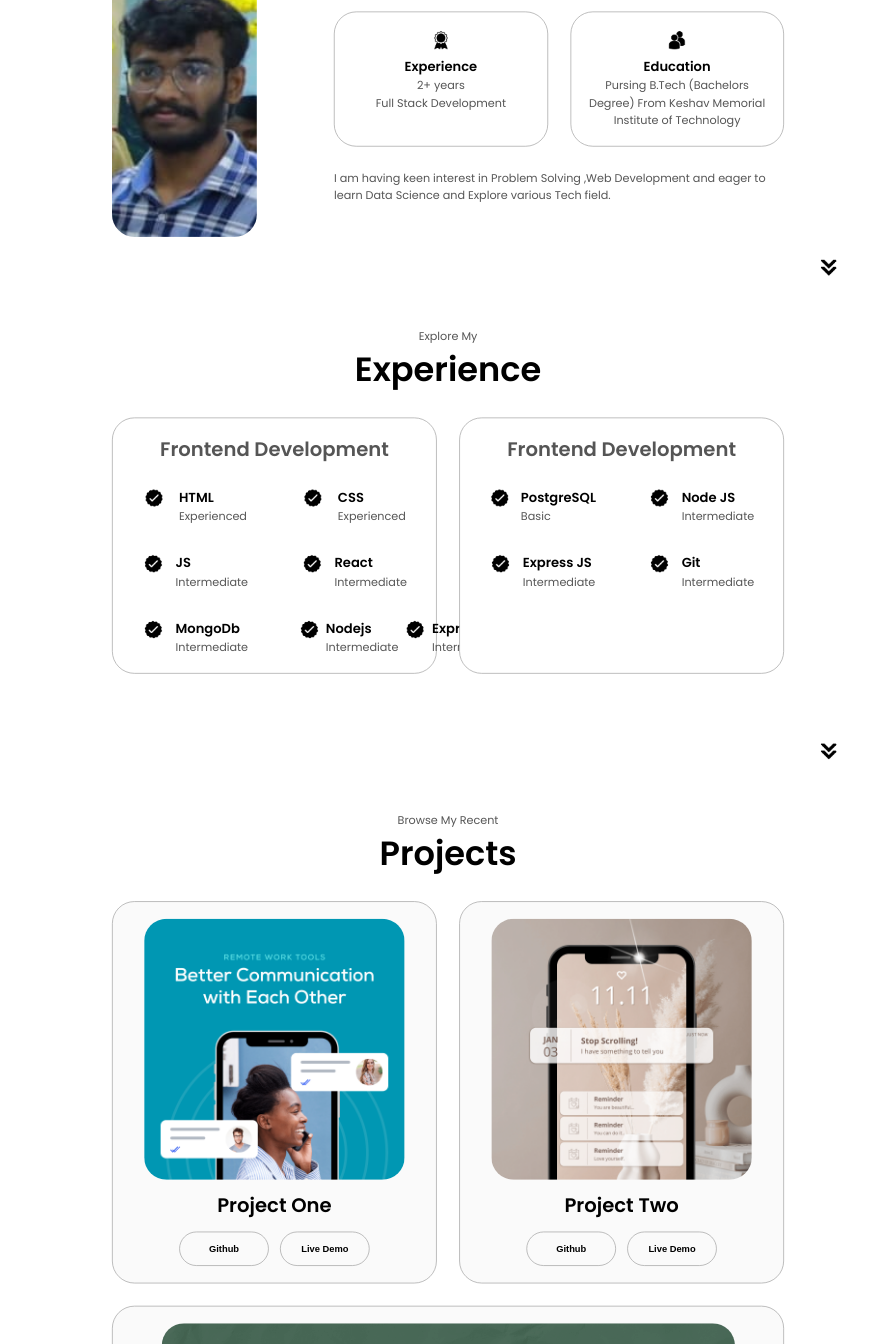
Repository: ARUN-YERRAM/ARUN-YERRAM-PORTFOLIO
Page: portfolio/index.html
These files come from the project's save history. The page is drawn as it stood at one moment and after the next save; the edit follows.
The browser window is 1280 px wide. The pictures show the part of the page from y = 1069 to 2989 px (the page is 4425 px tall), at 70% of full size.

Above is the page before, as saved 2024-07-07 04:03:48.

After the next save:
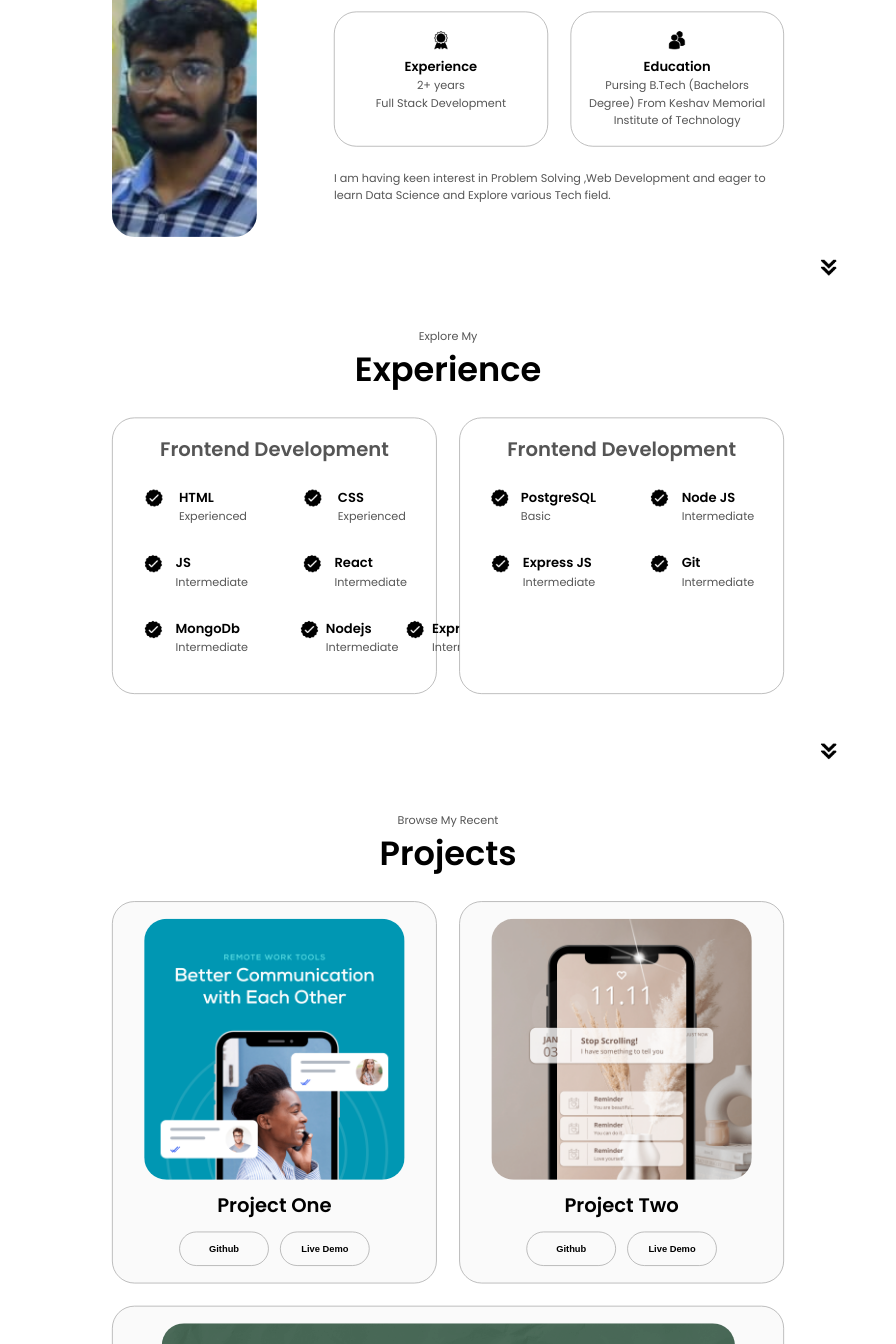
Saved 11 s later.
--- a/portfolio/index.html
+++ b/portfolio/index.html
@@ -212,7 +212,7 @@
                   class="icon"
                 />
                 <div>
-                  <h3>Material UI</h3>
+                  <h3>Git && Github</h3>
                   <p>Intermediate</p>
                 </div>
               </article>
